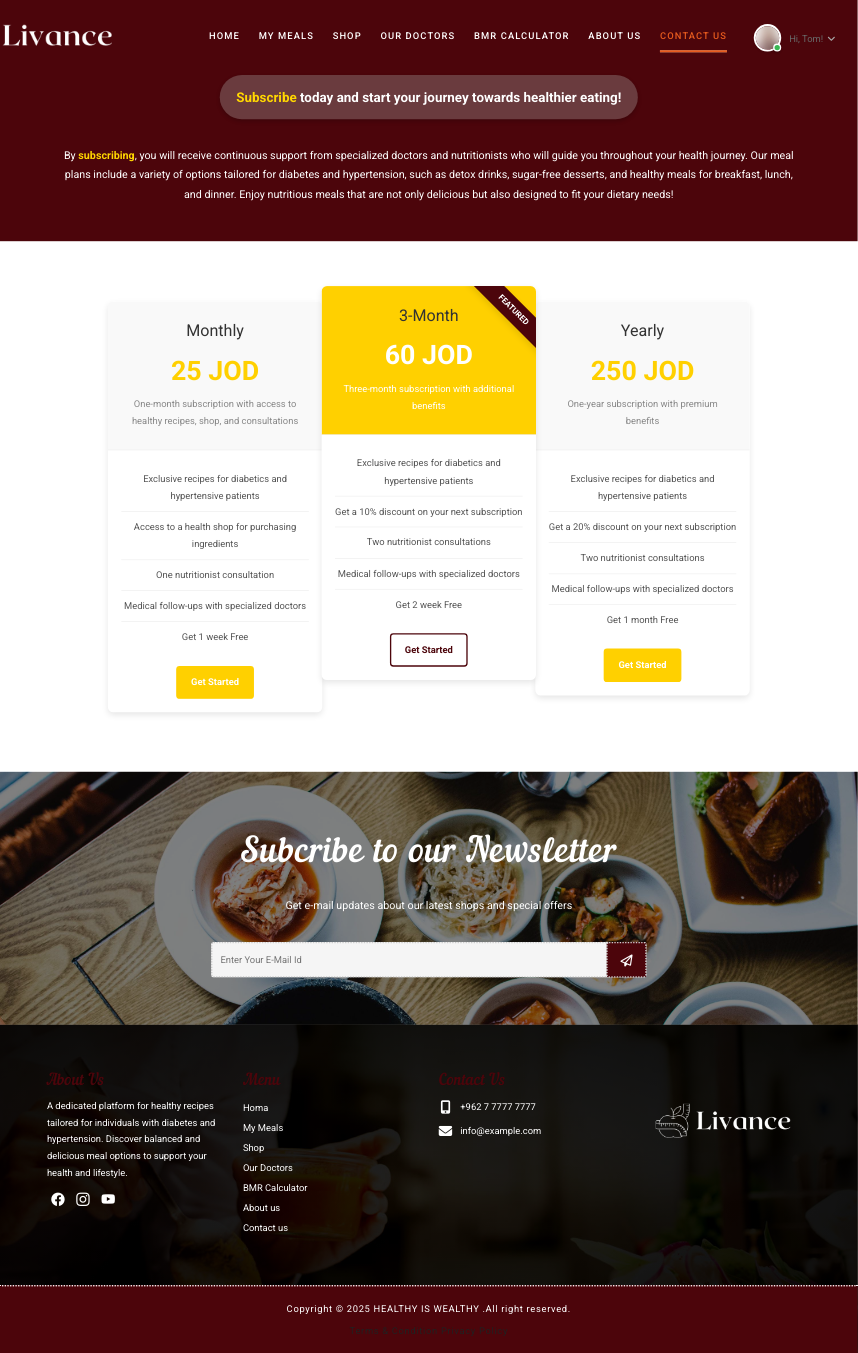
Repository: Surahailat/masterpiece
Page: masterpiece-p1/subsecribe.html
An editor plug-in stored every save of this project. The page is shown before and after the next save, followed by the edit.
The browser window is 1280 px wide. The pictures show the whole page, at 67% of full size.
Backgrounds fixed to the window are drawn as part of the page. Some web fonts or font styles are not loaded; a fallback is used. Some web libraries are served in a nearby version.

Above is the page before, as saved 2025-02-12 22:11:43.

After the next save:
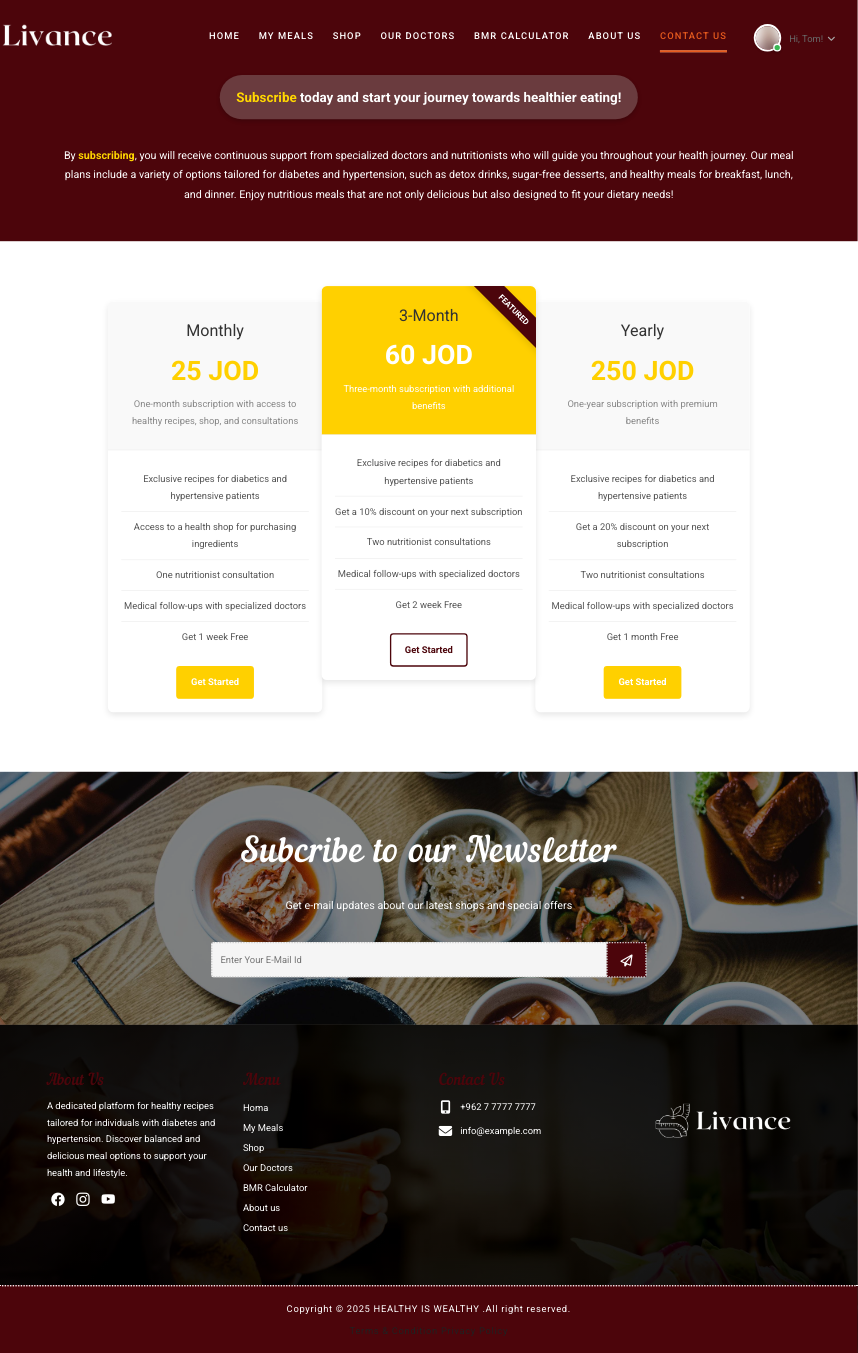
Saved 13 s later.
--- a/masterpiece-p1/subsecribe.html
+++ b/masterpiece-p1/subsecribe.html
@@ -184,7 +184,7 @@
             <div class="plan-features">
                 <ul>
                     <li>Exclusive recipes for diabetics and hypertensive patients</li>
-                    <li>Get a 20% discount on your next subscription</li>
+                    <li>Get a 20% discount on your next<br> subscription</li>
                     <li>Two nutritionist consultations</li>
                     <li>Medical follow-ups with specialized doctors</li>
                     <li>Get 1 month Free </li>
